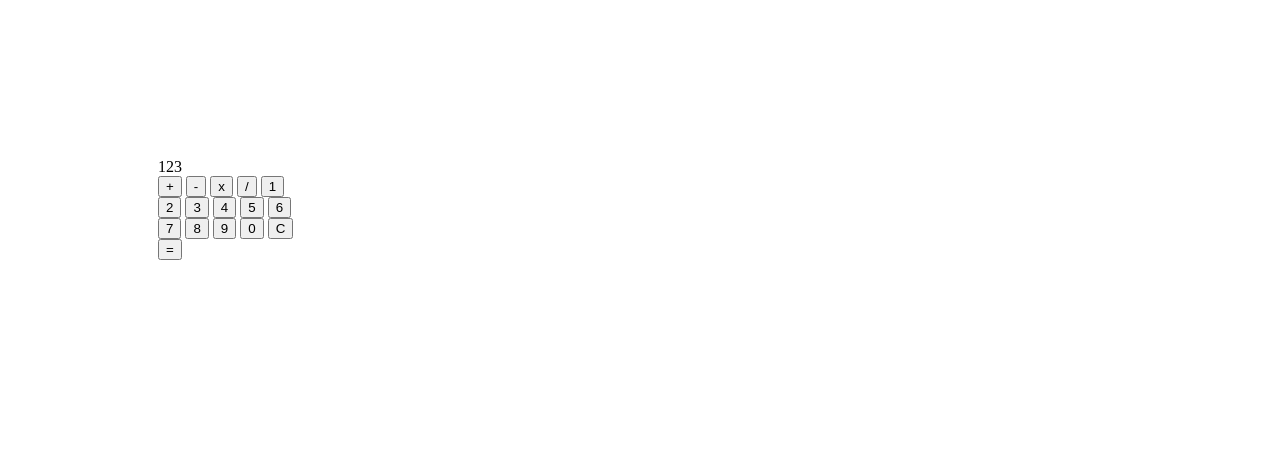
Repository: TEazy2433/LAB-calculator
Page: index.html
An editor plug-in stored every save of this project. The page is shown before and after the next save, followed by the edit.
The browser window is 1280 px wide. The pictures show the whole page.

Above is the page before, as saved 2023-10-14 09:53:31.

### index.html
<!DOCTYPE html>
<html lang="en">
<head>
  <meta charset="UTF-8">
  <meta name="viewport" content="width=device-width, initial-scale=1.0">
  <title>calculator</title>
  <link rel="stylesheet" href="main.css">


</head>
<body>
  <div class="calculator">
    <div class="display">123</div>
    <div class="calculator_keys">
      <button class="calculator_key key--operator">+</button>
      <button class="calculator_key key--operator">-</button>
      <button class="calculator_key key--operator">x</button>
      <button class="calculator_key key--operator">/</button>
      <button class="calculator_key">1</button>
      <button class="calculator_key">2</button>
      <button class="calculator_key">3</button>
      <button class="calculator_key">4</button>
      <button class="calculator_key">5</button>
      <button class="calculator_key">6</button>
      <button class="calculator_key">7</button>
      <button class="calculator_key">8</button>
      <button class="calculator_key">9</button>
      <button class="calculator_key">0</button>
      <button class="calculator_key">C</button>
      <button class="calculator_key key--enter">=</button>
    </div>
  </div>

</body>
</html>

### main.css
.calculator{
  display: flex;
  flex-wrap: wrap;
  max-width: 150px;
  padding: 150px;
}
.display{

}

.calculator_keys{

}
.calculator_key{

}
.key--operator{

}
.key--enter{

}

After the next save:
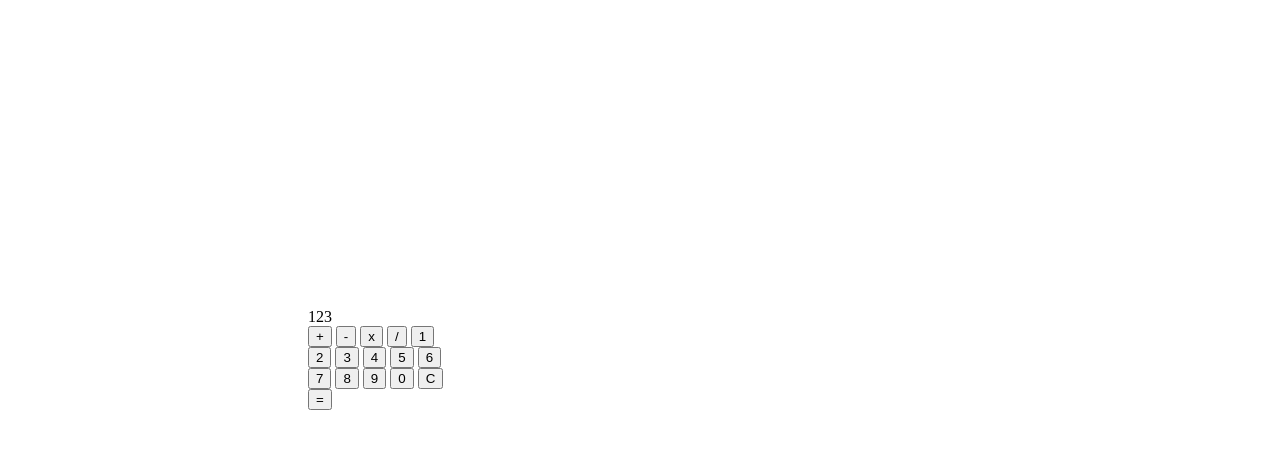
Saved 17 s later.
--- a/main.css
+++ b/main.css
@@ -2,7 +2,7 @@
   display: flex;
   flex-wrap: wrap;
   max-width: 150px;
-  padding: 150px;
+  padding: 300px;
 }
 .display{
 
